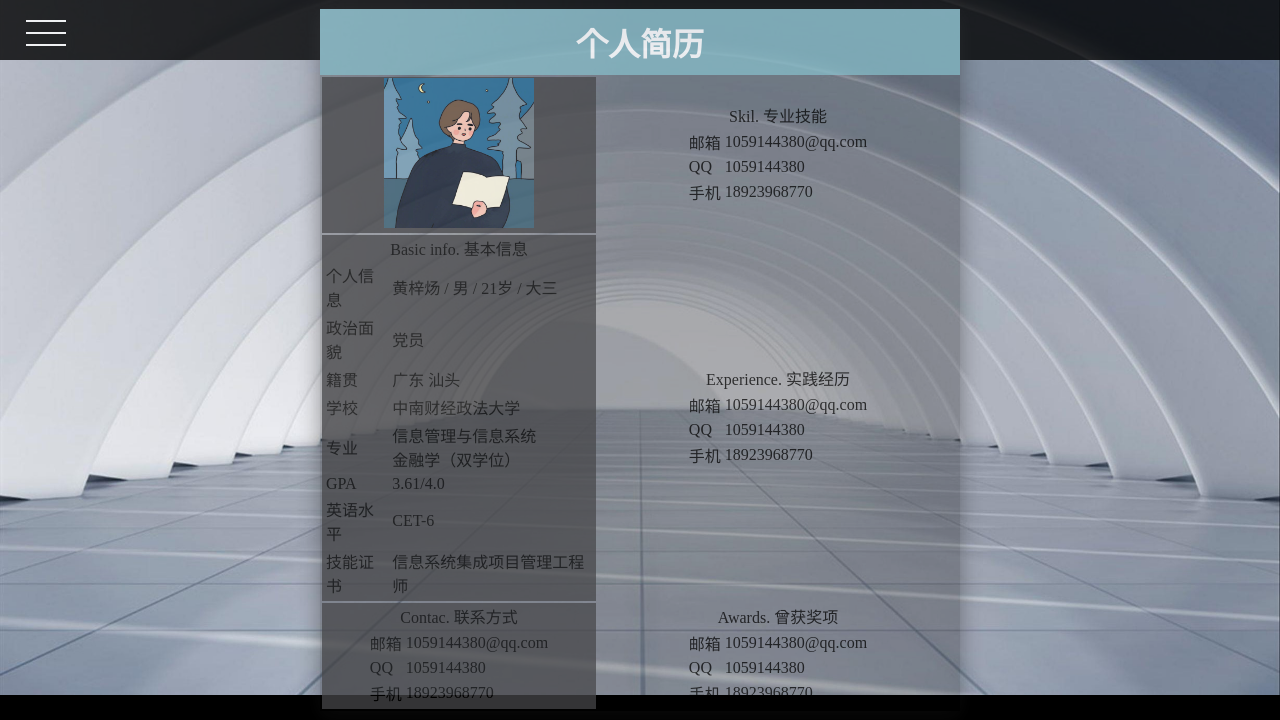
Repository: ustc-hzy/ziYang
Page: resume.html
An editor plug-in stored every save of this project. The page is shown before and after the next save, followed by the edit.
The browser window is 1280 px wide. The pictures show the whole page.

Above is the page before, as saved 2020-06-18 16:44:51.

After the next save:
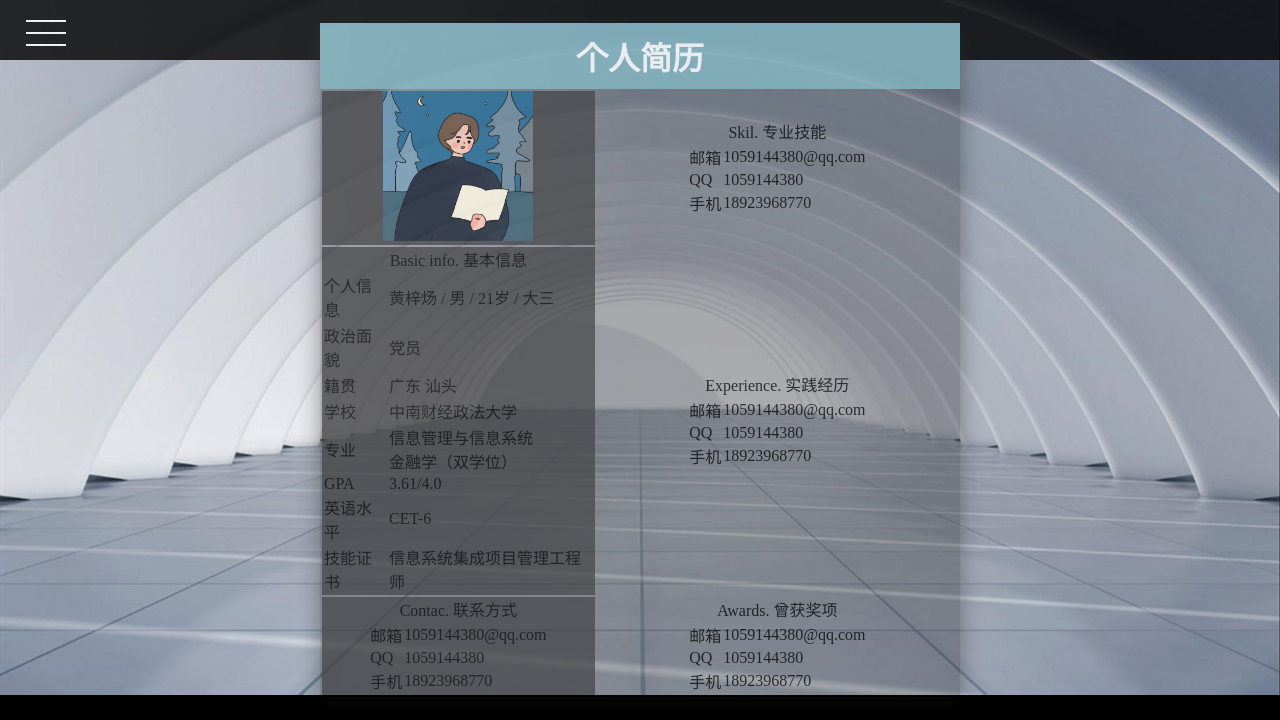
Saved 13 s later.
--- a/css/resume.css
+++ b/css/resume.css
@@ -2,7 +2,7 @@
 
 }
 tr td{
-    margin: 0;
+    padding: 0;
 }
 .table-title{
     color: #ffffff;

After the save that followed:
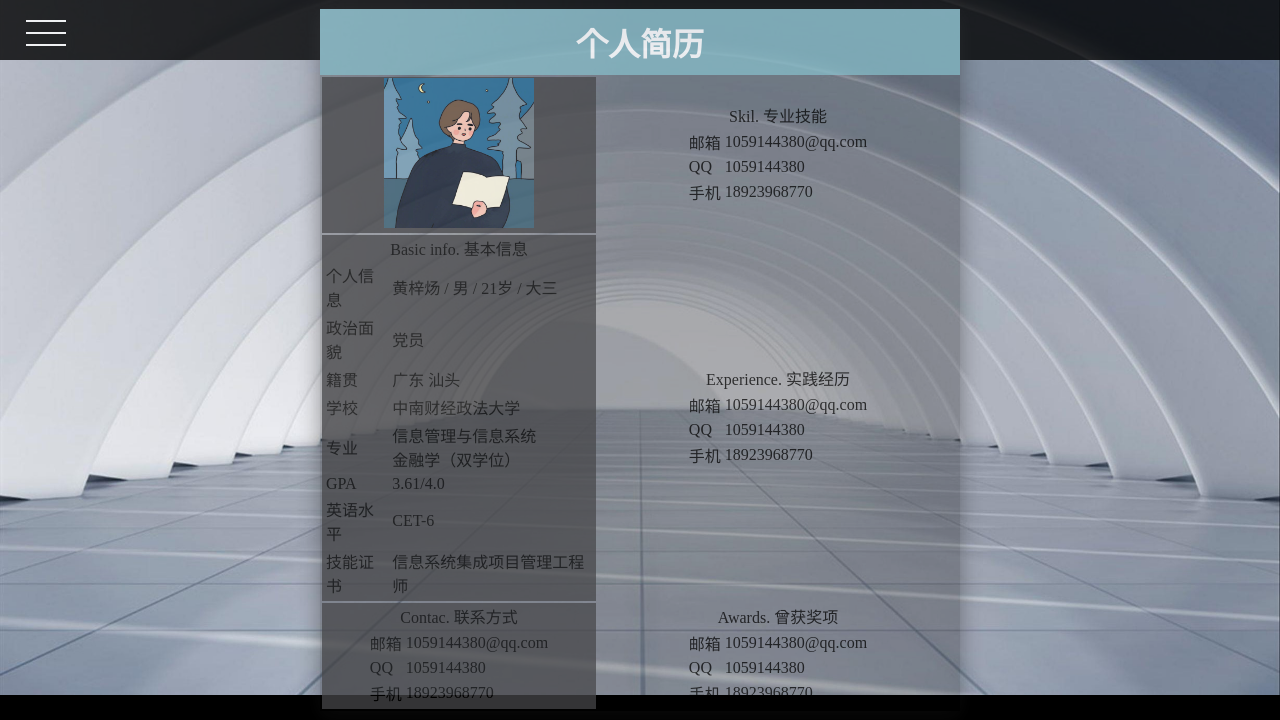
Saved 24 s later.
--- a/css/resume.css
+++ b/css/resume.css
@@ -1,7 +1,7 @@
 table{
 
 }
-tr td{
+tr{
     padding: 0;
 }
 .table-title{
